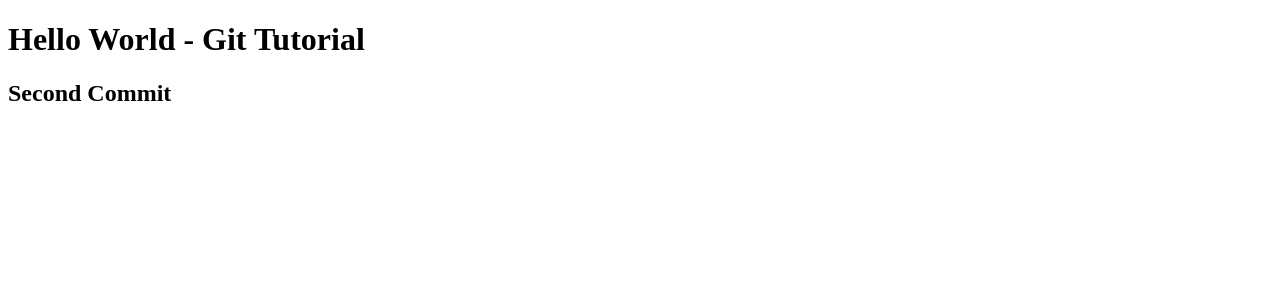
Repository: maianhbao9796/git_tutorial
Page: index.html
These files come from the project's save history. The page is drawn as it stood at one moment and after the next save; the edit follows.
The browser window is 1280 px wide. The pictures show the whole page.

Above is the page before, as saved 2023-02-17 11:48:08.

After the next save:
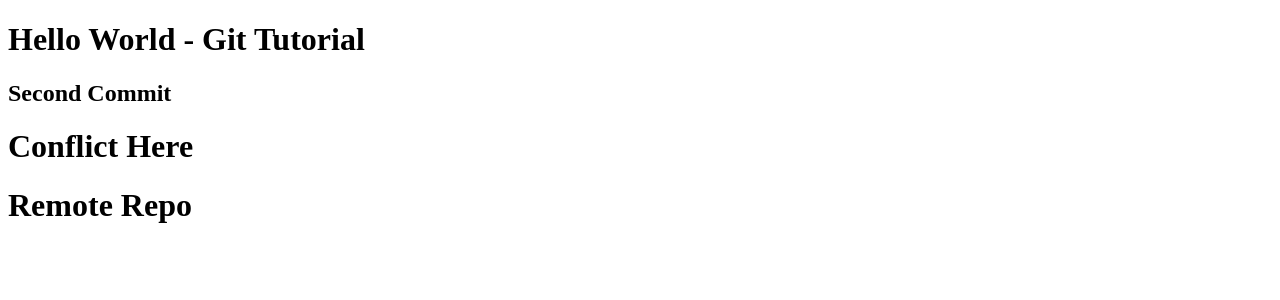
Saved 2 h 30 min later.
--- a/index.html
+++ b/index.html
@@ -10,5 +10,9 @@
     <h1>Hello World - Git Tutorial</h1>
 
     <h2>Second Commit</h2>
+    <h1>Conflict Here</h1>
+
+    <h1>Remote Repo</h1>
+
 </body>
 </html>
